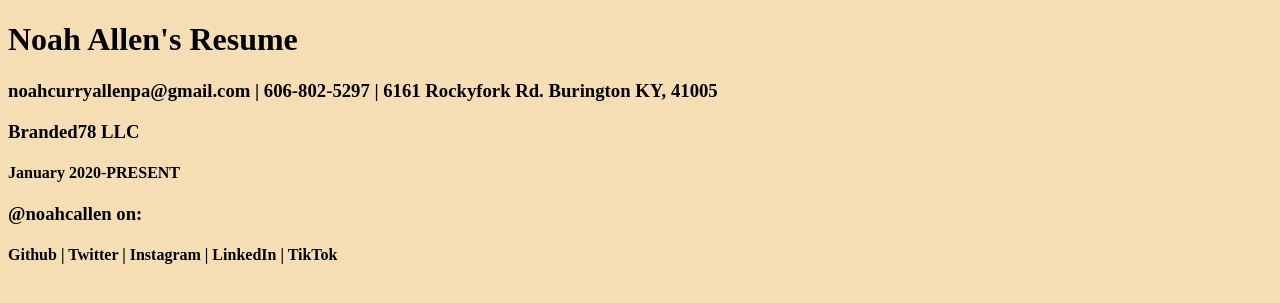
Repository: noahcallen/LAB-HTML-Resume
Page: index.html
These files come from the project's save history. The page is drawn as it stood at one moment and after the next save; the edit follows.
The browser window is 1280 px wide. The pictures show the whole page.

Above is the page before, as saved 2024-07-08 21:26:18.

### index.html
<!DOCTYPE html>
<html lang="en">
<head>
  <meta charset="UTF-8">
  <meta name="viewport" content="width=device-width, initial-scale=1.0">
  <title>Document</title>
  <link rel="stylesheet" href="main.css">
</head>
<body>
  <div class="HEADER"></div>
  <!--HEADER-->
  <h1>Noah Allen's Resume</h1>
  <h3> noahcurryallenpa@gmail.com | 606-802-5297 | 6161 Rockyfork Rd. Burington KY, 41005</h3>
<!--END HEADER-->
  </div>

  <article id="Job1">
    <h3>Branded78 LLC</h3>
    <h4>January 2020-PRESENT</h4>
    <section>

    </section>
  </article>

  <article id="Job2">
    <h3></h3>
    <section>

    </section>
  </article>

  <article id="Job3">
    <h3></h3>
    <section>

    </section>
  </article>

  <div class="FOOTER">
    <!-- FOOTER-->
     <h3>@noahcallen on:</h3>
     <h4>Github | Twitter | Instagram | LinkedIn | TikTok</h4>
    <!-- FOOTER-->
  </div>



  <script src="main.js"></script>
</body>
</html>

### main.css
body {
  background-color: wheat;

}
header {
  color: blue;
}

Loaded but not shown: main.js (no stored copy; drawn as an empty file)

After the next save:
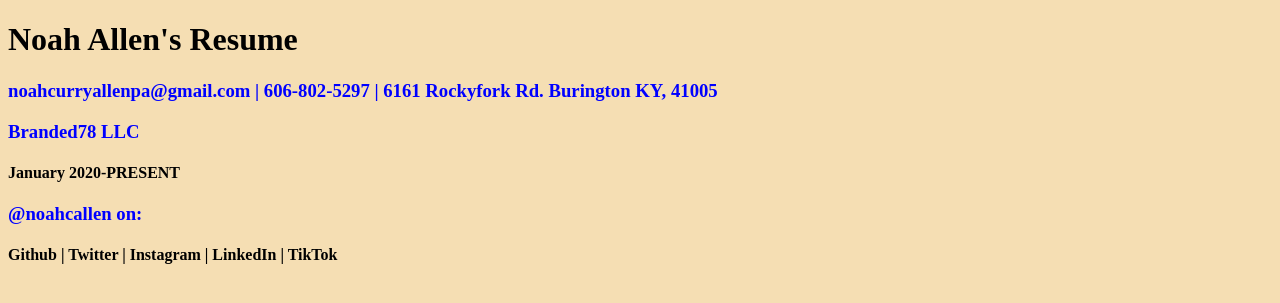
Saved 19 s later.
--- a/main.css
+++ b/main.css
@@ -2,6 +2,6 @@
   background-color: wheat;
 
 }
-header {
+h3 {
   color: blue;
 }

After the save that followed:
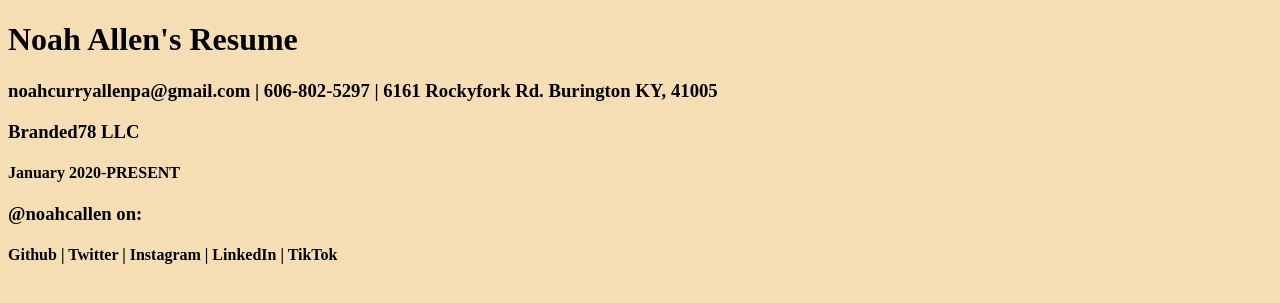
Saved 39 s later.
--- a/main.css
+++ b/main.css
@@ -2,6 +2,3 @@
   background-color: wheat;
 
 }
-h3 {
-  color: blue;
-}
